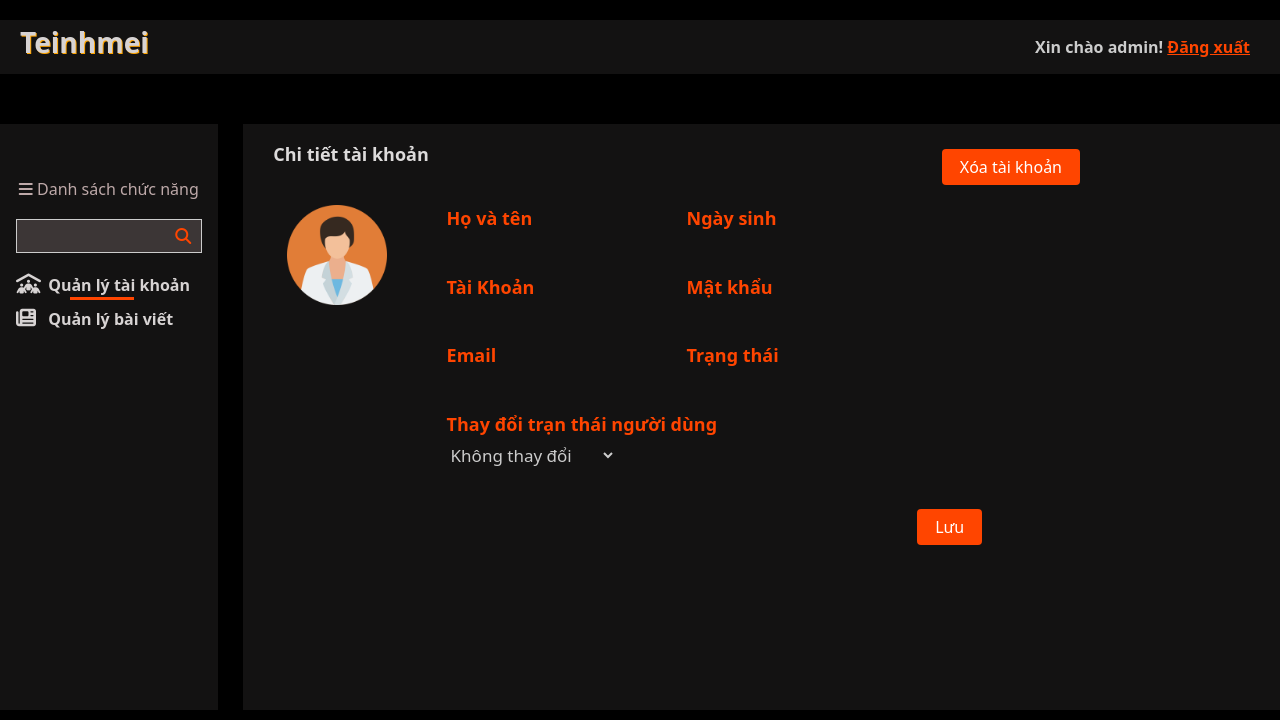
Repository: 29ieH/schedule-manager
Page: http://localhost/quanlythoigian/views/admin/edituser.jsp
An editor plug-in stored every save of this project. The page is shown before and after a run of saves, followed by the edit.
The browser window is 1280 px wide. The pictures show the whole page.
The page is served by Tomcat 9. Nobody is signed in. The application's start-up code is not run.

Above is the page before, as saved 2023-12-26 16:43:08.

After the next 2 saves:
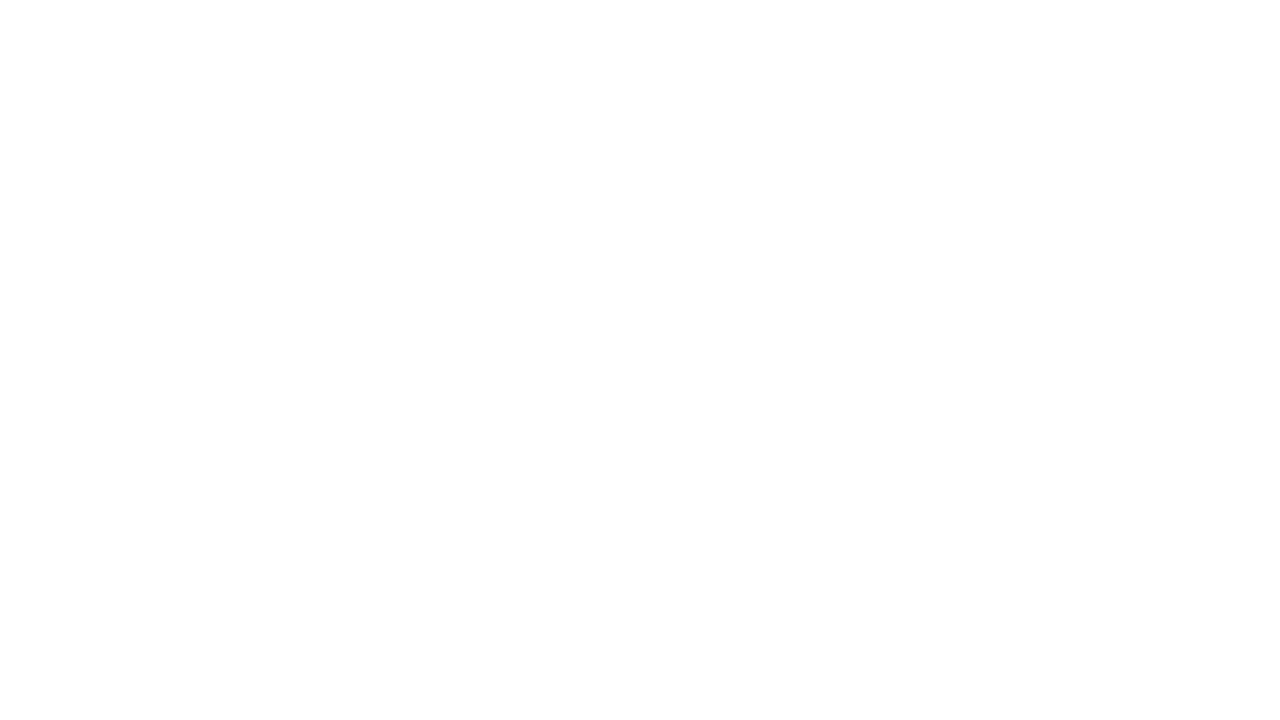
The 2 saves are shown as one change because 1 did not build or start.
The last was saved 2 min 36 s later.
--- a/quanlythoigian/src/main/webapp/views/admin/edituser.jsp
+++ b/quanlythoigian/src/main/webapp/views/admin/edituser.jsp
@@ -7,6 +7,7 @@
 <head>
 <meta charset="UTF-8">
 <title>Insert title here</title>
+<script src="<c:url value="/js/adelete.js"/>"</script>
 </head>
 <c:set var ="result" value ="${applicationScope.listResult}"/>
 <%
@@ -142,7 +143,7 @@
                 </div>
                 <input style="margin-left: 644px;" class="a-table__submit" type="submit" value="Lưu">
             </form>
-             <a href="<c:url value="/a-delete-user?id="/>${result.idNguoiDung}" style="margin-left: 644px;" class="a-table__submit a-table__submit-delete" >Xóa tài khoản</a>
+             <a href="javascript:void(0)" style="margin-left: 644px;" class="a-table__submit a-table__submit-delete" onclick="confirmDelete(${result.idNguoiDung})"  >Xóa tài khoản</a>
         </div>
     </div>
         </div>

After the save that followed:
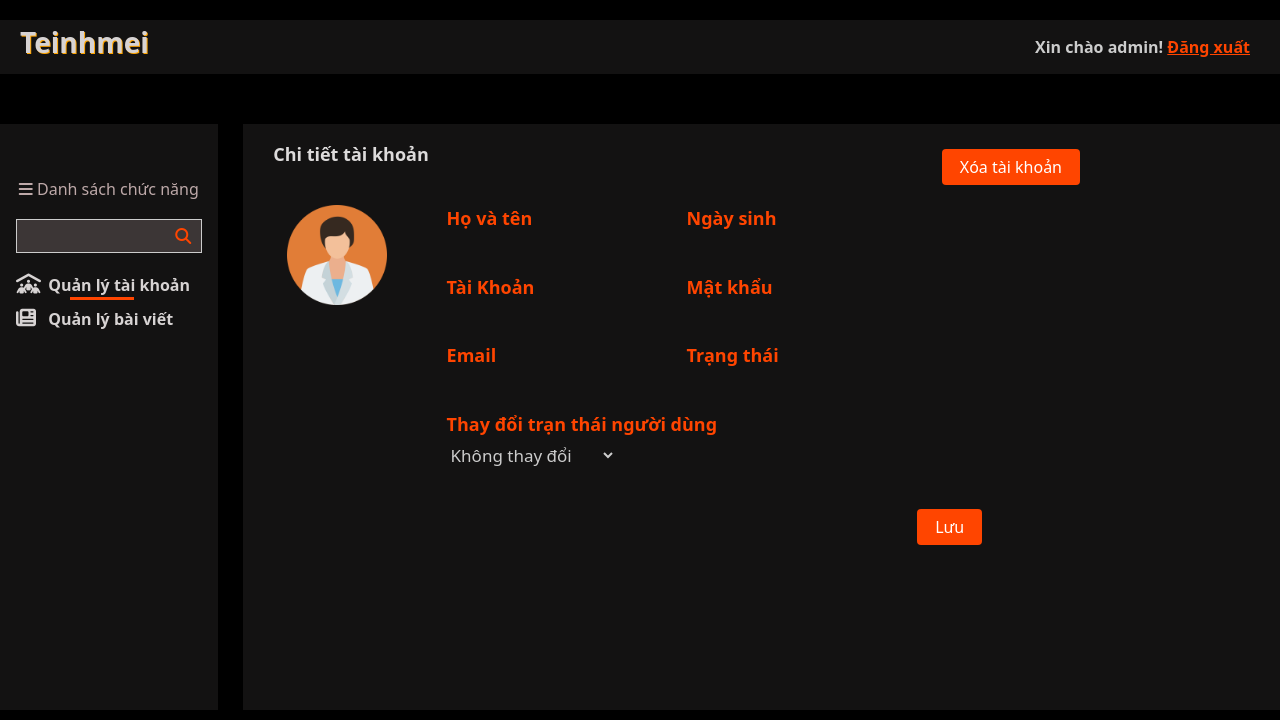
Saved 48 s later.
--- a/quanlythoigian/src/main/webapp/views/admin/edituser.jsp
+++ b/quanlythoigian/src/main/webapp/views/admin/edituser.jsp
@@ -7,7 +7,7 @@
 <head>
 <meta charset="UTF-8">
 <title>Insert title here</title>
-<script src="<c:url value="/js/adelete.js"/>"</script>
+<script src="<c:url value="/js/adelete.js"/>"></script>
 </head>
 <c:set var ="result" value ="${applicationScope.listResult}"/>
 <%
